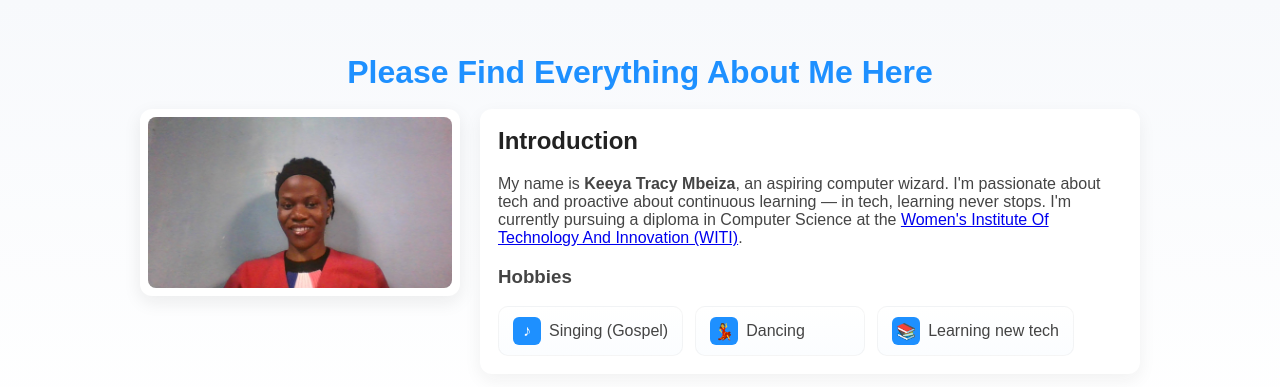
Repository: tracykeeya/my_first_web
Page: index.html
An editor plug-in stored every save of this project. The page is shown before and after the next save, followed by the edit.
The browser window is 1280 px wide. The pictures show the whole page.

Above is the page before, as saved 2025-11-03 10:23:34.

### index.html
<!DOCTYPE html>
<html lang="en">
<head>
    <meta charset="UTF-8">
    <meta name="viewport" content="width=device-width, initial-scale=1.0">
    <title>My First Web Page</title>
    <style>
        :root{
            --accent: #1e90ff;
            --muted: #444;
            --bg: #f7f9fc;
            --card: #ffffff;
            --radius: 12px;
        }
        body{
            font-family: Arial, Helvetica, sans-serif;
            margin: 0;
            color: var(--muted);
            background: linear-gradient(180deg, var(--bg), #ffffff);
            -webkit-font-smoothing:antialiased;
        }
        .container{
            max-width: 1000px;
            margin: 30px auto;
            padding: 24px;
        }
        header h1{
            margin: 0 0 18px 0;
            text-align: center;
            color: var(--accent);
            font-size: 32px;
        }
        .profile{
            display: grid;
            grid-template-columns: 320px 1fr;
            gap: 20px;
            align-items: start;
        }
        .avatar{
            background: var(--card);
            border-radius: var(--radius);
            padding: 8px;
            box-shadow: 0 6px 18px rgba(30,30,30,0.08);
            text-align: center;
        }
        .avatar img{
            width: 100%;
            height: auto;
            border-radius: 8px;
            display: block;
        }
        .intro{
            background: var(--card);
            padding: 18px;
            border-radius: var(--radius);
            box-shadow: 0 6px 18px rgba(30,30,30,0.06);
        }
        .intro h2{ margin-top: 0; color: #222 }
        .hobbies{
            margin-top: 12px;
            display: flex;
            gap: 12px;
            flex-wrap: wrap;
        }
        .hobby{
            background: linear-gradient(180deg, #fff, #fbfdff);
            border: 1px solid rgba(0,0,0,0.04);
            padding: 10px 14px;
            border-radius: 10px;
            display: flex;
            gap: 8px;
            align-items: center;
            min-width: 140px;
        }
        .hobby .icon{
            width: 28px; height: 28px; display: inline-grid; place-items: center;
            background: var(--accent); color: white; border-radius: 6px; font-weight: bold;
        }
        @media (max-width: 760px){
            .profile{ grid-template-columns: 1fr; }
            .avatar{ order: -1 }
        }
    </style>
</head>
<body>
    <div class="container">
        <header>
            <h1>Please Find Everything About Me Here</h1>
        </header>

        <section class="profile">
            <div class="avatar">
                <!-- local image file Tracy.jpg in the project root -->
                <img src="Tracy.jpg" alt="Tracy portrait">
            </div>

            <div class="intro">
                <h2>Introduction</h2>
                <p>My name is <strong>Keeya Tracy Mbeiza</strong>, an aspiring computer wizard. I'm passionate about tech and proactive about continuous learning — in tech, learning never stops. I'm currently pursuing a diploma in Computer Science at the <a href="https://www.witi.ac.ug/" target="_blank" rel="noopener">Women's Institute Of Technology And Innovation (WITI)</a>.</p>

                <h3>Hobbies</h3>
                <div class="hobbies" aria-label="list of hobbies">
                    <div class="hobby"><span class="icon">♪</span><span>Singing (Gospel)</span></div>
                    <div class="hobby"><span class="icon">💃</span><span>Dancing</span></div>
                    <div class="hobby"><span class="icon">📚</span><span>Learning new tech</span></div>
                </div>
            </div>
        </section>
    </div>

</body>
</html>

After the next save:
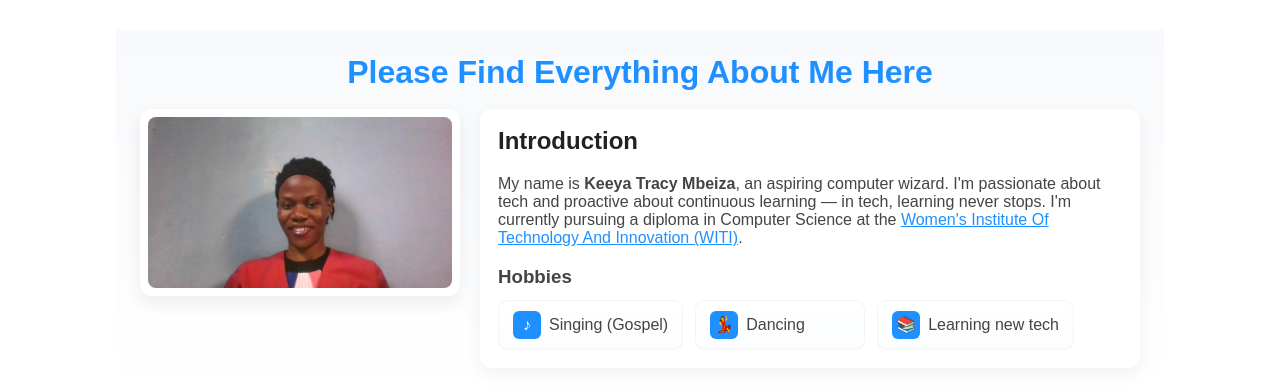
Saved 3 min 20 s later.
--- a/index.html
+++ b/index.html
@@ -4,105 +4,40 @@
     <meta charset="UTF-8">
     <meta name="viewport" content="width=device-width, initial-scale=1.0">
     <title>My First Web Page</title>
-    <style>
-        :root{
-            --accent: #1e90ff;
-            --muted: #444;
-            --bg: #f7f9fc;
-            --card: #ffffff;
-            --radius: 12px;
-        }
-        body{
-            font-family: Arial, Helvetica, sans-serif;
-            margin: 0;
-            color: var(--muted);
-            background: linear-gradient(180deg, var(--bg), #ffffff);
-            -webkit-font-smoothing:antialiased;
-        }
-        .container{
-            max-width: 1000px;
-            margin: 30px auto;
-            padding: 24px;
-        }
-        header h1{
-            margin: 0 0 18px 0;
-            text-align: center;
-            color: var(--accent);
-            font-size: 32px;
-        }
-        .profile{
-            display: grid;
-            grid-template-columns: 320px 1fr;
-            gap: 20px;
-            align-items: start;
-        }
-        .avatar{
-            background: var(--card);
-            border-radius: var(--radius);
-            padding: 8px;
-            box-shadow: 0 6px 18px rgba(30,30,30,0.08);
-            text-align: center;
-        }
-        .avatar img{
-            width: 100%;
-            height: auto;
-            border-radius: 8px;
-            display: block;
-        }
-        .intro{
-            background: var(--card);
-            padding: 18px;
-            border-radius: var(--radius);
-            box-shadow: 0 6px 18px rgba(30,30,30,0.06);
-        }
-        .intro h2{ margin-top: 0; color: #222 }
-        .hobbies{
-            margin-top: 12px;
-            display: flex;
-            gap: 12px;
-            flex-wrap: wrap;
-        }
-        .hobby{
-            background: linear-gradient(180deg, #fff, #fbfdff);
-            border: 1px solid rgba(0,0,0,0.04);
-            padding: 10px 14px;
-            border-radius: 10px;
-            display: flex;
-            gap: 8px;
-            align-items: center;
-            min-width: 140px;
-        }
-        .hobby .icon{
-            width: 28px; height: 28px; display: inline-grid; place-items: center;
-            background: var(--accent); color: white; border-radius: 6px; font-weight: bold;
-        }
-        @media (max-width: 760px){
-            .profile{ grid-template-columns: 1fr; }
-            .avatar{ order: -1 }
-        }
-    </style>
+    <!-- Inline-only CSS requirement: styles were moved to element attributes -->
 </head>
 <body>
-    <div class="container">
+    <div style="max-width:1000px;margin:30px auto;padding:24px;background:linear-gradient(180deg,#f7f9fc,#ffffff);font-family:Arial,Helvetica,sans-serif;color:#444;">
         <header>
-            <h1>Please Find Everything About Me Here</h1>
+            <h1 style="margin:0 0 18px 0;text-align:center;color:#1e90ff;font-size:32px;">Please Find Everything About Me Here</h1>
         </header>
 
-        <section class="profile">
-            <div class="avatar">
+        <section style="display:grid;grid-template-columns:320px 1fr;gap:20px;align-items:start;">
+            <div style="background:#fff;border-radius:12px;padding:8px;box-shadow:0 6px 18px rgba(30,30,30,0.08);text-align:center;">
                 <!-- local image file Tracy.jpg in the project root -->
-                <img src="Tracy.jpg" alt="Tracy portrait">
+                <img src="Tracy.jpg" alt="Tracy portrait" style="width:100%;height:auto;border-radius:8px;display:block;">
             </div>
 
-            <div class="intro">
-                <h2>Introduction</h2>
-                <p>My name is <strong>Keeya Tracy Mbeiza</strong>, an aspiring computer wizard. I'm passionate about tech and proactive about continuous learning — in tech, learning never stops. I'm currently pursuing a diploma in Computer Science at the <a href="https://www.witi.ac.ug/" target="_blank" rel="noopener">Women's Institute Of Technology And Innovation (WITI)</a>.</p>
+            <div style="background:#fff;padding:18px;border-radius:12px;box-shadow:0 6px 18px rgba(30,30,30,0.06);">
+                <h2 style="margin-top:0;color:#222;">Introduction</h2>
+                <p>My name is <strong>Keeya Tracy Mbeiza</strong>, an aspiring computer wizard. I'm passionate about tech and proactive about continuous learning — in tech, learning never stops. I'm currently pursuing a diploma in Computer Science at the <a href="https://www.witi.ac.ug/" target="_blank" rel="noopener" style="color:#1e90ff;">Women's Institute Of Technology And Innovation (WITI)</a>.</p>
 
-                <h3>Hobbies</h3>
-                <div class="hobbies" aria-label="list of hobbies">
-                    <div class="hobby"><span class="icon">♪</span><span>Singing (Gospel)</span></div>
-                    <div class="hobby"><span class="icon">💃</span><span>Dancing</span></div>
-                    <div class="hobby"><span class="icon">📚</span><span>Learning new tech</span></div>
+                <h3 style="margin-bottom:8px;">Hobbies</h3>
+                <div aria-label="list of hobbies" style="margin-top:12px;display:flex;gap:12px;flex-wrap:wrap;">
+                    <div style="background:linear-gradient(180deg,#fff,#fbfdff);border:1px solid rgba(0,0,0,0.04);padding:10px 14px;border-radius:10px;display:flex;gap:8px;align-items:center;min-width:140px;">
+                        <span style="width:28px;height:28px;display:inline-grid;place-items:center;background:#1e90ff;color:white;border-radius:6px;font-weight:bold;">♪</span>
+                        <span>Singing (Gospel)</span>
+                    </div>
+
+                    <div style="background:linear-gradient(180deg,#fff,#fbfdff);border:1px solid rgba(0,0,0,0.04);padding:10px 14px;border-radius:10px;display:flex;gap:8px;align-items:center;min-width:140px;">
+                        <span style="width:28px;height:28px;display:inline-grid;place-items:center;background:#1e90ff;color:white;border-radius:6px;font-weight:bold;">💃</span>
+                        <span>Dancing</span>
+                    </div>
+
+                    <div style="background:linear-gradient(180deg,#fff,#fbfdff);border:1px solid rgba(0,0,0,0.04);padding:10px 14px;border-radius:10px;display:flex;gap:8px;align-items:center;min-width:140px;">
+                        <span style="width:28px;height:28px;display:inline-grid;place-items:center;background:#1e90ff;color:white;border-radius:6px;font-weight:bold;">📚</span>
+                        <span>Learning new tech</span>
+                    </div>
                 </div>
             </div>
         </section>
